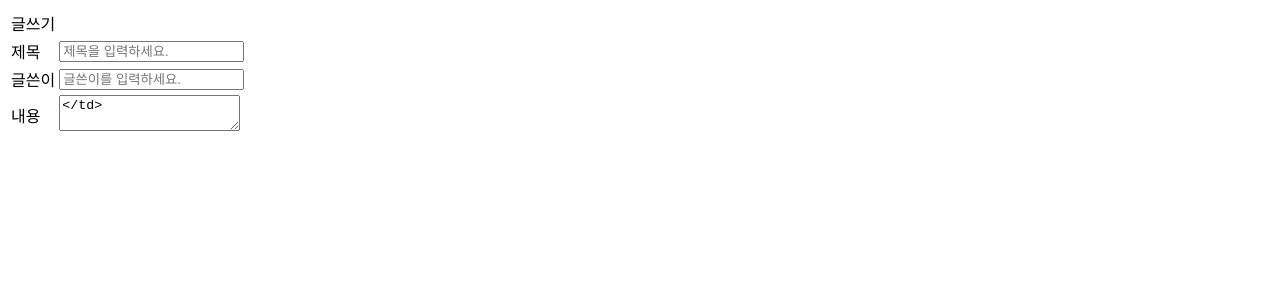
Repository: k0603156/JAVA
Page: http://localhost/StartBoard/
These files come from the project's save history. The page is drawn as it stood at one moment and after the next save; the edit follows.
The browser window is 1280 px wide. The pictures show the whole page.
The page is served by Tomcat 9. Other server files are loaded and not shown.

Above is the page before, as saved 2020-03-09 06:06:46.

### SERVLET/workspace/StartBoard/WebContent/index.jsp
<%@ page language="java" contentType="text/html; charset=UTF-8"
	pageEncoding="UTF-8"%>
<!DOCTYPE html>
<html>
<head>
<meta charset="UTF-8">
<title>Insert title here2</title>
</head>
<body>
	<!-- <h1>Index.jsp</h1> -->
	<!-- <span><a href="http://www.naver.com">naver</a></span> -->
	<!-- <span><a href="./test.do?my_name=kim">for Send Your Name. Click!</a></span> -->
	<form action="./writeSave.do" method="POST">
		<table>
			<tr>
				<td colspan="2">글쓰기
			</tr>
			<tr>
				<td><label>제목</label></td>
				<td><input name="title" type="text" placeholder="제목을 입력하세요." />
				</td>
			</tr>
			<tr>
				<td><label>글쓴이</label></td>
				<td><input name="author" type="text" placeholder="글쓴이를 입력하세요." />
				</td>
			</tr>
			<tr>
				<td><label>내용</label></td>
				<td><textarea name="body" type="text" placeholder="내용을 입력하세요." /></td>
			</tr>
			<tr>
				<td><label>이메일</label></td>
				<td><input name="body" type="email" placeholder="이메일을 입력하세요." /></td>
			</tr>
			<tr>
				<td colspan="2"><input type="submit" value="글 작성" />&nbsp; <input
					type="reset" value="지우기" /></td>
			</tr>
		</table>
	</form>
</body>
</html>

After the next save:
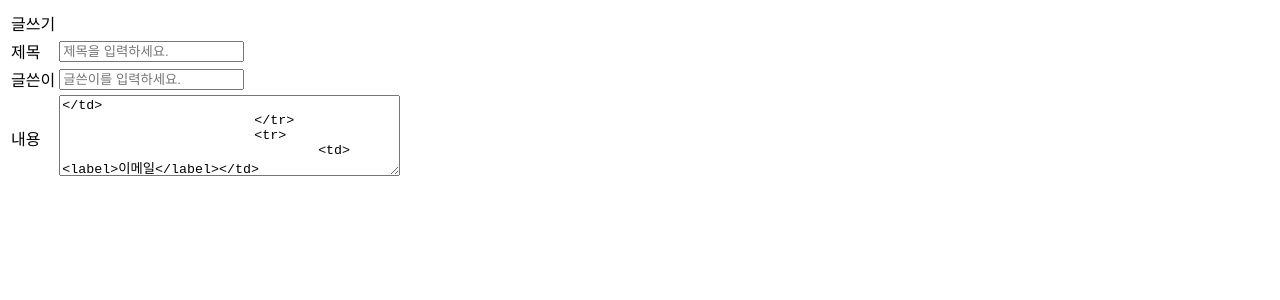
Saved 14 s later.
--- a/SERVLET/workspace/StartBoard/WebContent/index.jsp
+++ b/SERVLET/workspace/StartBoard/WebContent/index.jsp
@@ -27,7 +27,7 @@
 			</tr>
 			<tr>
 				<td><label>내용</label></td>
-				<td><textarea name="body" type="text" placeholder="내용을 입력하세요." /></td>
+				<td><textarea cols="40" rows="5" name="body" type="text" placeholder="내용을 입력하세요." /></td>
 			</tr>
 			<tr>
 				<td><label>이메일</label></td>
